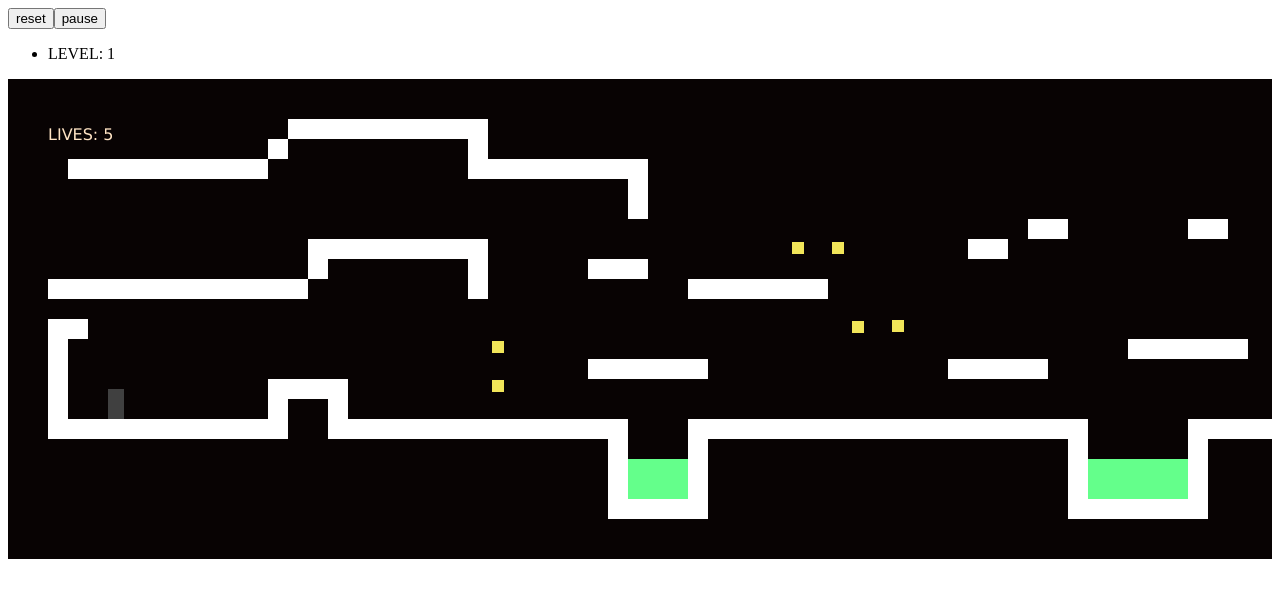
Repository: luccas-teddy/examenlucas
Page: index.html
These files come from the project's save history. The page is drawn as it stood at one moment and after the next save; the edit follows.
The browser window is 1280 px wide. The pictures show the whole page.

Above is the page before, as saved 2021-02-11 23:06:09.

### index.html
<!doctype html>
<table>
<tr>
  <button id="reset" class="gamebutton" onclick="this.blur();">reset</button>
  <button id="pause" class="gamebutton" onclick="this.blur();">pause</button>
</tr>


<ul>
  <li id="lives" class="statss">LIVES: 5</li>
  <li id="level" class="stats">LEVEL: 1</li>
</ul>
</table>


<script src="code/chapter/16_game.js"></script>
<script src="code/levels.js"></script>

<link rel="stylesheet" href="css/game.css">

<body>
  <script>
    runGame(GAME_LEVELS, DOMDisplay);
  </script>
</body>

### code/levels.js
var GAME_LEVELS = [`
................................................................................
................................................................................
..............##########........................................................
.............#.........#........................................................
...##########..........#########................................................
...............................#................................................
...............................#..................................###...........
...................................................##......##....##+##..........
...............#########...............o.o......##...............#+++#..........
...............#.......#.....###.................................##+##..........
..#############........#..........#######.........................#v#...........
............................................................................##..
..##......................................o.o................................#..
..#.....................o...............................######.............#....
..#..........................######............#####.....................o.#....
..#..........####.......o....................................................#..
..#..@.......#..#................................................#####.......#..
..############..###############...####################.....#######...#########..
..............................#...#..................#.....#....................
..............................#+++#..................#+++++#....................
..............................#+++#..................#+++++#....................
..............................#####..................#######....................
................................................................................
................................................................................
`,`
................................................................................
................................................................................
....###############################.............................................
...##.............................##########################################....
...#.......................................................................##...
...#....o...................................................................#...
...#................................................=.......................#...
...#.o........################...................o..o...........|........o..#...
...#.........................#..............................................#...
...#....o....................##########.....###################....##########...
...#..................................#+++++#.................#....#............
...###############....oo......=o.o.o..#######.###############.#....#............
.....#...............o..o.............#.......#......#........#....#............
.....#....................#############..######.####.#.########....########.....
.....#.............########..............#...........#.#..................#.....
.....#..........####......####...#####################.#..................#.....
.....#........###............###.......................########....########.....
.....#.......##................#########################......#....#............
.....#.......#................................................#....#............
.....###......................................................#....#............
.......#...............o...........................................#............
.......#...............................................o...........#............
.......#########......###.....############.........................##...........
.............#..................#........#####....#######.o.........########....
.............#++++++++++++++++++#............#....#.....#..................#....
.............#++++++++++++++++++#..........###....###...####.o.............#....
.............####################..........#........#......#.....|.........#....
...........................................#++++++++#......####............#....
...........................................#++++++++#.........#........@...#....
...........................................#++++++++#.........##############....
...........................................##########...........................
................................................................................
`,`
......................................#++#........................#######....................................#+#..
......................................#++#.....................####.....####.................................#+#..
......................................#++##########...........##...........##................................#+#..
......................................##++++++++++##.........##.............##...............................#+#..
.......................................##########++#.........#....................................o...o...o..#+#..
................................................##+#.........#.....o...o....................................##+#..
.................................................#+#.........#................................###############++#..
.................................................#v#.........#.....#...#........................++++++++++++++##..
.............................................................##..|...|...|..##............#####################...
..............................................................##+++++++++++##............v........................
...............................................................####+++++####......................................
...............................................#.....#............#######........###.........###..................
...............................................#.....#...........................#.#.........#.#..................
...............................................#.....#.............................#.........#....................
...............................................#.....#.............................##........#....................
...............................................##....#.............................#.........#....................
...............................................#.....#......o..o.....#...#.........#.........#....................
...............#######........###...###........#.....#...............#...#.........#.........#....................
..............##.....##..##.....#...#..........#.....#.....######....#...#...#########.......#....................
.............##.......##........#.o.#..........#....##...............#...#...#...............#....................
.....@.......#.........#........#...#..........#.....#...............#...#...#...............#....................
....###......#.........#........#...#..........#.....#...............#...#####...######......#....................
....#.#......#.........#.......##.o.##.........#.....#...............#.....o.....#.#.........#....................
++++#.#++++++#.........#++++++##.....##++++++++##....#++++++++++.....#.....=.....#.#.........#....................
++++#.#++++++#.........#+++++##.......##########.....#+++++++##+.....#############.##..o.o..##....................
++++#.#++++++#.........#+++++#....o.................##++++++##.+....................##.....##.....................
++++#.#++++++#.........#+++++#.....................##++++++##..+.....................#######......................
++++#.#++++++#.........#+++++##.......##############++++++##...+..................................................
++++#.#++++++#.........#++++++#########++++++++++++++++++##....+..................................................
++++#.#++++++#.........#++++++++++++++++++++++++++++++++##.....+..................................................
`,`
..............................................................................................................
..............................................................................................................
........................................o.....................................................................
..............................................................................................................
........................................#.....................................................................
........................................#.....................................................................
........................................#.....................................................................
........................................#.....................................................................
.......................................###....................................................................
.......................................#.#.................+++........+++..###................................
.......................................#.#.................+#+........+#+.....................................
.....................................###.###................#..........#......................................
......................................#...#.................#...oooo...#.......###............................
......................................#...#.................#..........#......#+++#...........................
......................................#...#.................############.......###............................
.....................................##...##......#...#......#................................................
......................................#...#########...########..............#.#...............................
......................................#...#...........#....................#+++#..............................
......................................#...#...........#.....................###...............................
.....................................##...##..........#.......................................................
......................................#...#=.=.=.=....#............###........................................
......................................#...#...........#...........#+++#.......................................
......................................#...#....=.=.=.=#.....o......###.......###..............................
.....................................##...##..........#.....................#+++#.............................
..............................o...o...#...#...........#.....#................##v........###...................
......................................#...#...........#..............#.................#+++#..................
.............................###.###.###.###.....o.o..#++++++++++++++#...................v#...................
.............................#.###.#.#.###.#..........#++++++++++++++#........................................
.............................#.............#...#######################........................................
.............................##...........##.........................................###......................
..###.........................#.....#.....#.........................................#+++#................###..
..#.#.........................#....###....#..........................................###.................#.#..
..#...........................#....###....#######........................#####.............................#..
..#...........................#...........#..............................#...#.............................#..
..#...........................##..........#..............................#.#.#.............................#..
..#.......................................#.......|####|....|####|.....###.###.............................#..
..#................###.............o.o....#..............................#.........###.....................#..
..#...............#####.......##..........#.............................###.......#+++#..........#.........#..
..#...............o###o.......#....###....#.............................#.#........###..........###........#..
..#................###........#############..#.oo.#....#.oo.#....#.oo..##.##....................###........#..
..#......@..........#.........#...........#++#....#++++#....#++++#....##...##....................#.........#..
..#############################...........#############################.....################################..
..............................................................................................................
..............................................................................................................
`,`
..................................................................................................###.#.......
......................................................................................................#.......
..................................................................................................#####.......
..................................................................................................#...........
..................................................................................................#.###.......
..........................o.......................................................................#.#.#.......
.............................................................................................o.o.o###.#.......
...................###................................................................................#.......
.......+..o..+................................................#####.#####.#####.#####.#####.#####.#####.......
.......#.....#................................................#...#.#...#.#...#.#...#.#...#.#...#.#...........
.......#=.o..#............#...................................###.#.###.#.###.#.###.#.###.#.###.#.#####.......
.......#.....#..................................................#.#...#.#...#.#...#.#...#.#...#.#.....#.......
.......+..o..+............o..................................####.#####.#####.#####.#####.#####.#######.......
..............................................................................................................
..........o..............###..............................##..................................................
..............................................................................................................
..............................................................................................................
......................................................##......................................................
...................###.........###............................................................................
..............................................................................................................
..........................o.....................................................#......#......................
..........................................................##.....##...........................................
.............###.........###.........###.................................#..................#.................
..............................................................................................................
.................................................................||...........................................
..###########.................................................................................................
..#.........#.o.#########.o.#########.o.##................................................#...................
..#.........#...#.......#...#.......#...#.................||..................#.....#.........................
..#..@......#####...o...#####...o...#####.....................................................................
..#######.....................................#####.......##.....##.....###...................................
........#=..................=................=#...#.....................###...................................
........#######################################...#+++++++++++++++++++++###+++++++++++++++++++++++++++++++++++
..................................................############################################################
..............................................................................................................
`];

if (typeof module != "undefined" && module.exports && (typeof window == "undefined" || window.exports != exports))
  module.exports = GAME_LEVELS;
if (typeof global != "undefined" && !global.GAME_LEVELS)
  global.GAME_LEVELS = GAME_LEVELS;
async function runGame(plans, Display) {
  for (let level = 0; level < plans.length;) {
    let status = await runLevel(new Level(plans[level]),
                                Display);
    if (status == "won") level++;
  }
  console.log("You've won!");
}

async function runGame(plans, Display)
{
  this.lives = 5;
  document.getElementById("reset").addEventListener("click", () => { document.location.reload(); })
  document.getElementById("pause").addEventListener("click", () => { this.paused; })
  this.livesView = document.getElementById("lives");
  this.levelView = document.getElementById("level");

  for (let level = 0; level < plans.length && lives > 0;)
  {
    let status = await runLevel(new Level(plans[level]),
      Display);
    if (status == "won")
    {
      level++;
      this.levelView.innerHTML = "LEVEL: " + `${ level + 1 }`;
    }
    else
    {
      lives--;
      this.livesView.innerHTML = "LIVES: " + this.lives;
    }

  }
  if (lives > 0)
  {
    console.log("You've won!");
    document.location.reload();
    document.write();

  }
  else
  {
    console.log("Perdiste!");
    document.location.reload();
  }
}

### css/game.css
.background    { background-color:rgb(8, 3, 3)
}

 .background     {background :rgb (55, 167, 250)
                  background-image url(bosque.jpg);
                  background-repeat :no-repeat;
                  background-size: cover ;
                   table-layout: fixed;
                   border-spacing:  0;   }

.background td   { padding: 0;   }
.lava            { background: rgb(100, 255, 139); }
.wall            { background: rgb(255, 255, 255);   }

.actor  { position: absolute;  }

.coin   { background: rgb(241, 229, 89); }
.player { background: rgb(64, 64, 64); }

.game {
  overflow: hidden;
  max-width: 1500px;
  max-height: 820px;
  position: relative;
}

.lost .player {
  background: rgb(160, 64, 64);
}
.won .player {
  box-shadow: -4px -7px 8px white, 4px -7px 8px white;
}
stats{
     list-style-type: none;
  font-family: "Lucida Sans", "Lucida Sans Regular", "Lucida Grande",
    "Lucida Sans Unicode", Geneva, Verdana, sans-serif;
  text-transform: uppercase;
  color: rgb(196, 200, 255);
  z-index: 10;
  position: absolute;
  text-align: left;
  margin-top: 40px;
}
.statss{
   list-style-type: none;
  font-family: "Lucida Sans", "Lucida Sans Regular", "Lucida Grande",
    "Lucida Sans Unicode", Geneva, Verdana, sans-serif;
  text-transform: uppercase;
  color: bisque;
  z-index: 10;
  position: absolute;
  text-align: left;
  margin-top: 80px;
}

Loaded but not shown: code/chapter/16_game.js (359 lines, source omitted)

After the next save:
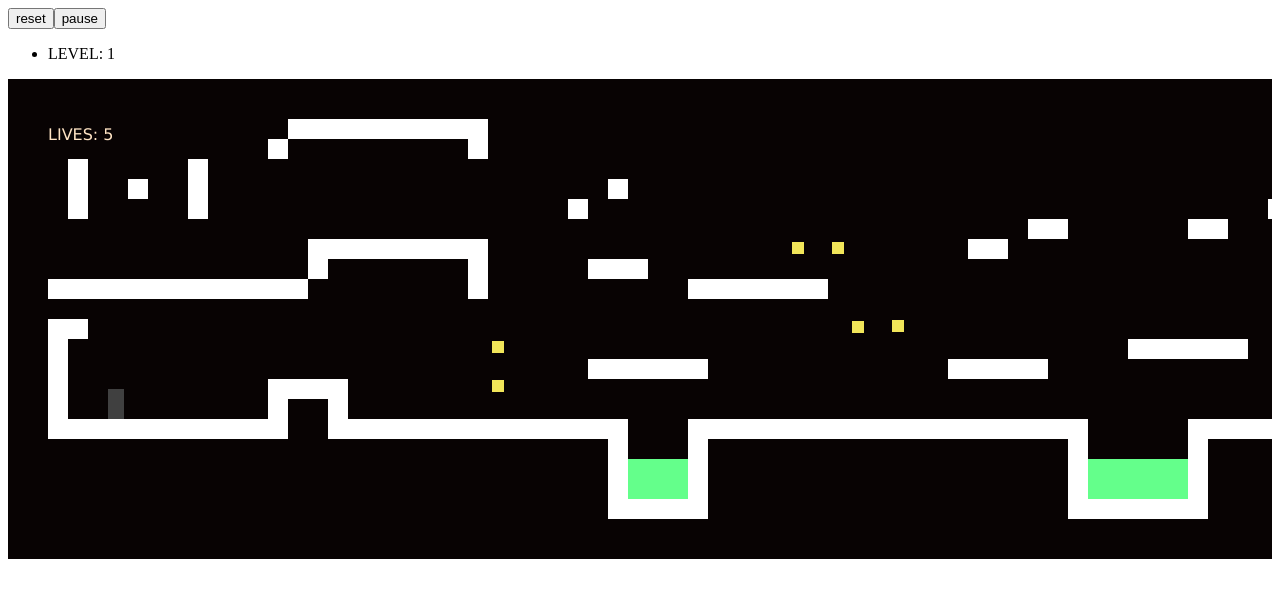
Saved 2 min 52 s later.
--- a/code/levels.js
+++ b/code/levels.js
@@ -3,9 +3,9 @@
 ................................................................................
 ..............##########........................................................
 .............#.........#........................................................
-...##########..........#########................................................
-...............................#................................................
-...............................#..................................###...........
+...#.....#..................................................
+...#..#..#....................#................................................
+...#.....#..................#..................................###...........
 ...................................................##......##....##+##..........
 ...............#########...............o.o......##...............#+++#..........
 ...............#.......#.....###.................................##+##..........

After the save that followed:
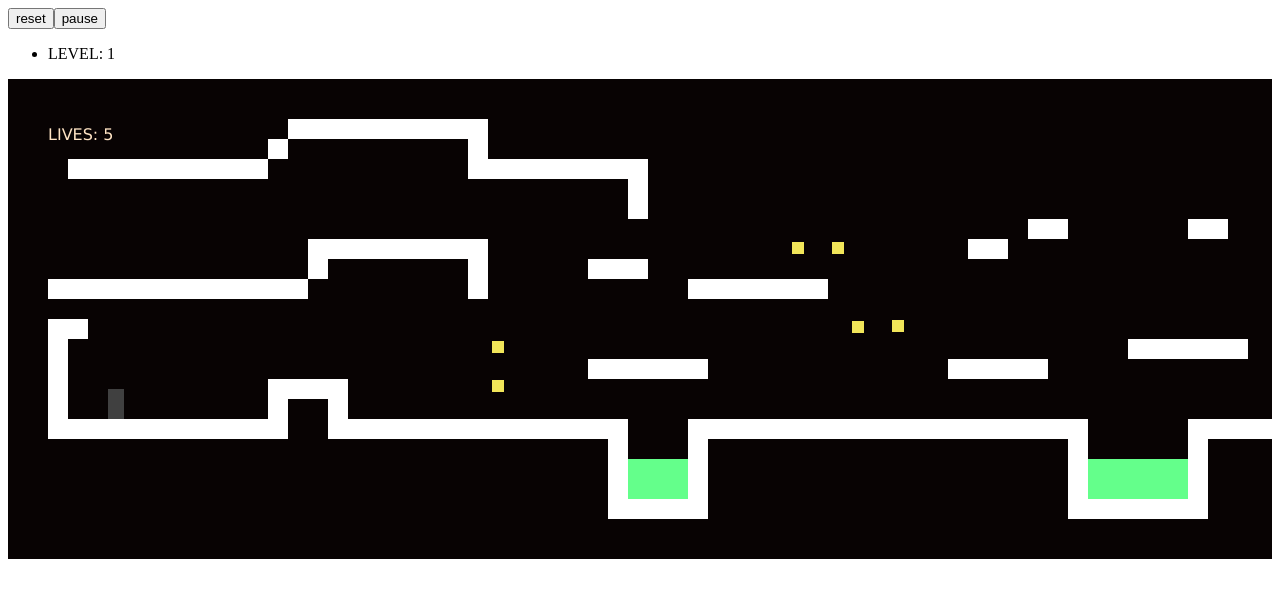
Saved 73 s later.
--- a/code/levels.js
+++ b/code/levels.js
@@ -3,11 +3,11 @@
 ................................................................................
 ..............##########........................................................
 .............#.........#........................................................
-...#.....#..................................................
-...#..#..#....................#................................................
-...#.....#..................#..................................###...........
+...##########..........#########................................................
+...............................#................................................
+...............................#..................................###...........
 ...................................................##......##....##+##..........
-...............#########...............o.o......##...............#+++#..........
+...............#########...............o.o......##..............#++++++#........
 ...............#.......#.....###.................................##+##..........
 ..#############........#..........#######.........................#v#...........
 ............................................................................##..
